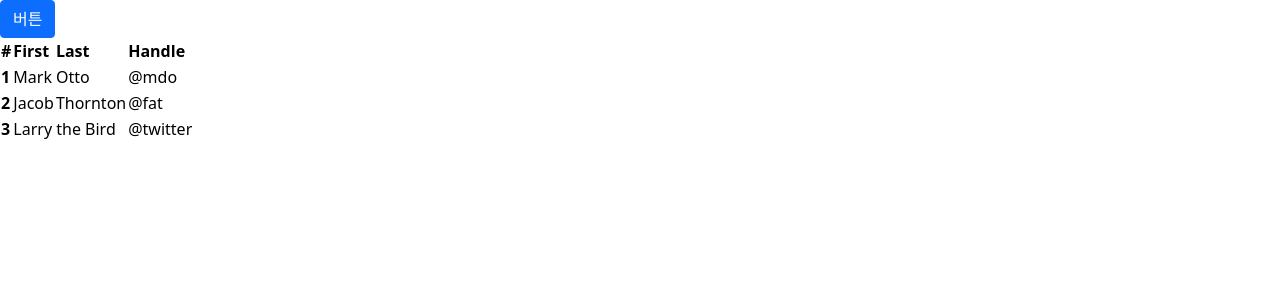
Repository: izuiw/team
Page: http://localhost/qCali/WEB-INF/views/test.jsp
An editor plug-in stored every save of this project. The page is shown before and after the next save, followed by the edit.
The browser window is 1280 px wide. The pictures show the whole page.
The page is served by Tomcat 9. Nobody is signed in. Other server files are loaded and not shown. The template is opened directly, without the code that normally fills it, so the values that code supplies are empty.

Above is the page before, as saved 2022-04-29 06:32:50.

### qCali/src/main/webapp/WEB-INF/views/test.jsp
<%@ page language="java" contentType="text/html; charset=UTF-8"
    pageEncoding="UTF-8"%>
<!DOCTYPE html>
<html>
<head>
<meta charset="UTF-8">
<title>테스트</title>
<link href="https://cdn.jsdelivr.net/npm/bootstrap@5.1.3/dist/css/bootstrap.min.css" rel="stylesheet" integrity="sha384-1BmE4kWBq78iYhFldvKuhfTAU6auU8tT94WrHftjDbrCEXSU1oBoqyl2QvZ6jIW3" crossorigin="anonymous">
</head>
<body>
<button class="btn btn-primary">버튼</button>

<table class="table-secondary">
  <thead>
    <tr>
      <th scope="col">#</th>
      <th scope="col">First</th>
      <th scope="col">Last</th>
      <th scope="col">Handle</th>
    </tr>
  </thead>
  <tbody>
    <tr>
      <th scope="row">1</th>
      <td>Mark</td>
      <td>Otto</td>
      <td>@mdo</td>
    </tr>
    <tr>
      <th scope="row">2</th>
      <td>Jacob</td>
      <td>Thornton</td>
      <td>@fat</td>
    </tr>
    <tr>
      <th scope="row">3</th>
      <td colspan="2">Larry the Bird</td>
      <td>@twitter</td>
    </tr>
  </tbody>
</table>

<script src="https://cdn.jsdelivr.net/npm/bootstrap@5.1.3/dist/js/bootstrap.bundle.min.js" integrity="sha384-ka7Sk0Gln4gmtz2MlQnikT1wXgYsOg+OMhuP+IlRH9sENBO0LRn5q+8nbTov4+1p" crossorigin="anonymous"></script>
</body>
</html>

After the next save:
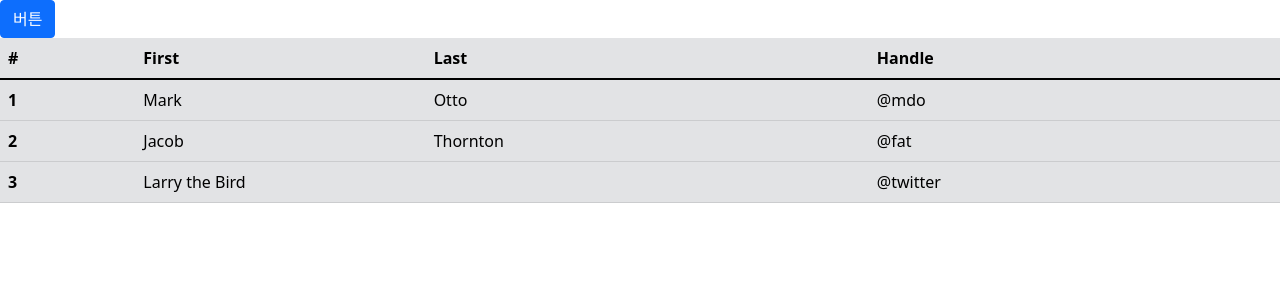
Saved 10 s later.
--- a/qCali/src/main/webapp/WEB-INF/views/test.jsp
+++ b/qCali/src/main/webapp/WEB-INF/views/test.jsp
@@ -10,7 +10,7 @@
 <body>
 <button class="btn btn-primary">버튼</button>
 
-<table class="table-secondary">
+<table class="table table-secondary">
   <thead>
     <tr>
       <th scope="col">#</th>

After the save that followed:
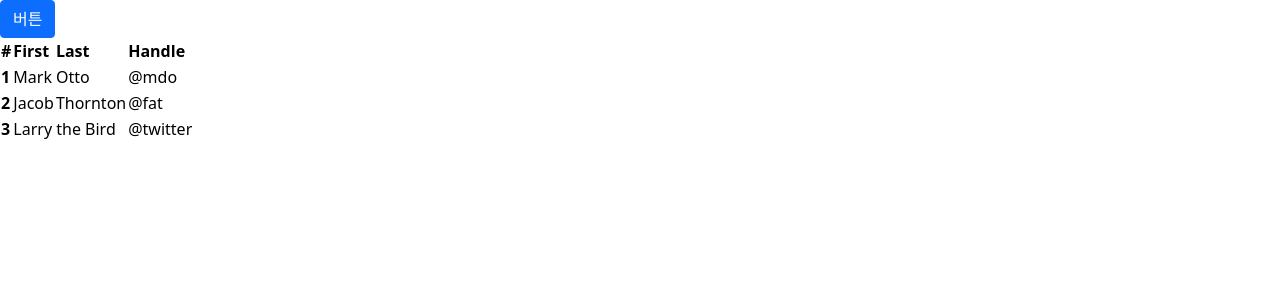
Saved 23 s later.
--- a/qCali/src/main/webapp/WEB-INF/views/test.jsp
+++ b/qCali/src/main/webapp/WEB-INF/views/test.jsp
@@ -10,7 +10,7 @@
 <body>
 <button class="btn btn-primary">버튼</button>
 
-<table class="table table-secondary">
+<table class="table-secondary">
   <thead>
     <tr>
       <th scope="col">#</th>
